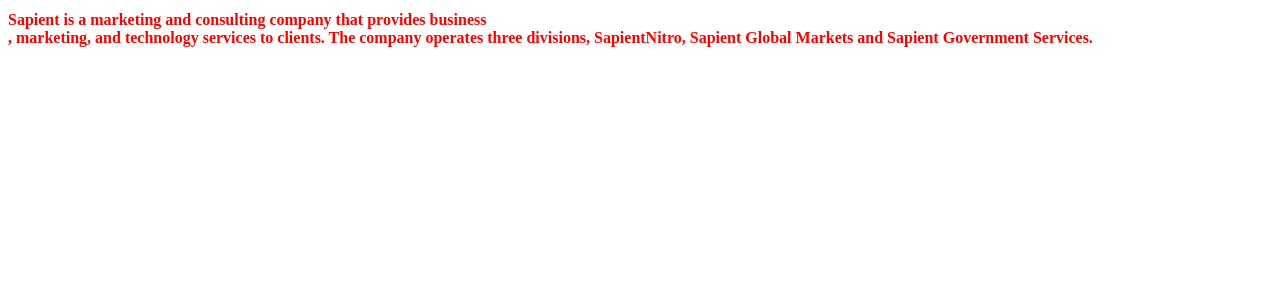
Repository: sauran/SapientTraining
Page: DemoProject/WebContent/sapient.html
The author's editor kept a copy of each file at every save. The page is drawn from the files as they stood at one save, then again after the next save.
The browser window is 1280 px wide. The pictures show the whole page.

Above is the page before, as saved 2015-09-15 09:20:59.

After the next save:
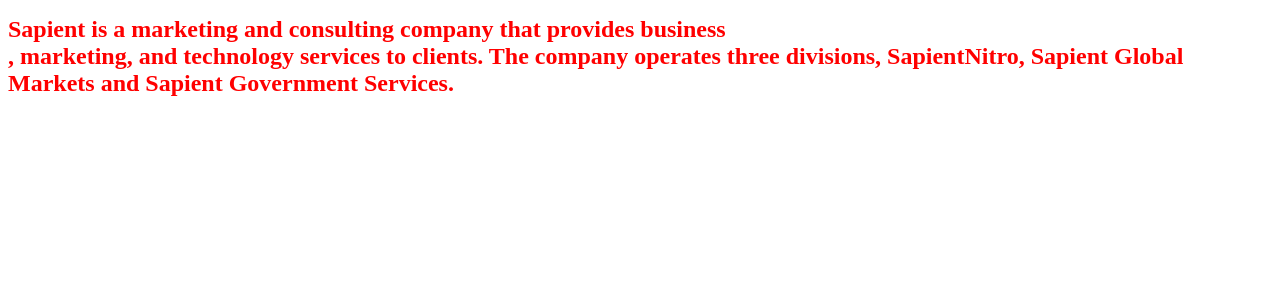
Saved 15 s later.
--- a/DemoProject/WebContent/sapient.html
+++ b/DemoProject/WebContent/sapient.html
@@ -9,7 +9,7 @@
 
 h1 {
 color :red;
-font-size:100%;
+font-size:150%;
 
 }
 p{
